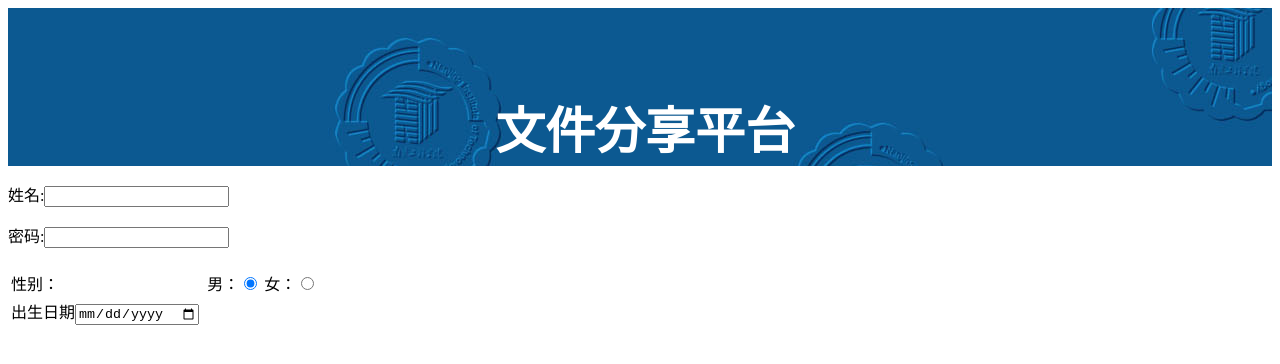
Repository: shunchensaber/Javaweb
Page: http://localhost/Web/Register.jsp
The author's editor kept a copy of each file at every save. The page is drawn from the files as they stood at one save, then again after the next save.
The browser window is 1280 px wide. The pictures show the whole page.
The page is served by Tomcat 9.

Above is the page before, as saved 2019-03-26 15:27:04.

### Web/WebContent/Register.jsp
<%@ page language="java" contentType="text/html; charset=UTF-8"
    pageEncoding="UTF-8"%>
<!DOCTYPE html>
<html>
<head>
<meta charset="ISO-8859-1">
<style type="text/css">
p.a
{
	font-size: 50px;
	color: white;
	font-family: fantasy;
}</style>
<title>注册信息</title>
</head>
<body>
<table style="background-image: url('image/header_bg.jpg');width: 100%">
<tr>
<th><!--  <img src="./image/logo.png" style="padding-left: 150px">--></th>
	<th >
	<p class="a" style="padding-top: 30px;padding-bottom: 0px;margin-bottom: 0px">
	<font face="华文云彩">文件分享平台</font>
	</th>
	</table>
	<table>
	<form action="">
	<tr>
	<p>姓名:<input type="text" name="userid" ></p>
	</tr>
	<tr>
	<p>密码:<input type="password" name="userpass"></p>
	</tr>
	<tr>
	<td>性别：<td>
	<td>男：<input type="radio" name="sex" value="male" checked="checked"></td>
	<td>女：<input type="radio" name="sex" value="female"></td>
	</tr>

	<tr>
	 <td> 出生日期<input type="date" name="birthdate"></td>
	</tr>


	</form>
	</table>

</body>
</html>

After the next save:
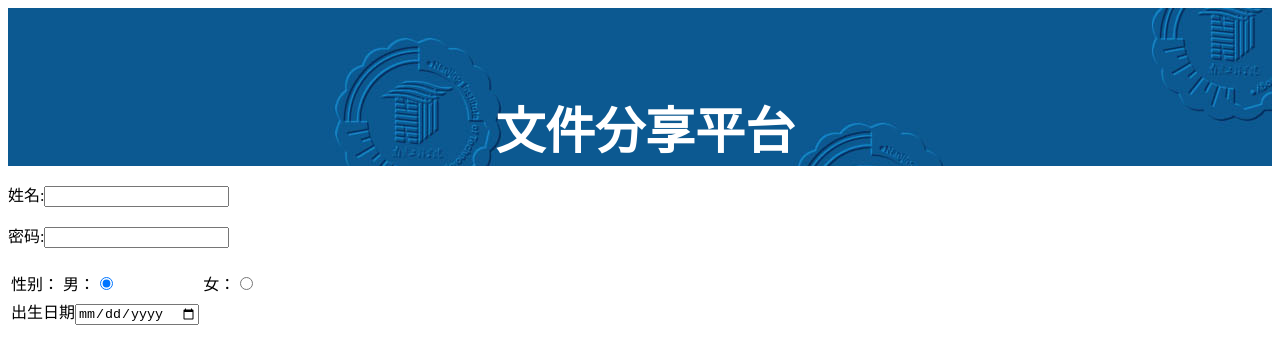
Saved 29 s later.
--- a/Web/WebContent/Register.jsp
+++ b/Web/WebContent/Register.jsp
@@ -31,8 +31,8 @@ p.a
 	<p>密码:<input type="password" name="userpass"></p>
 	</tr>
 	<tr>
-	<td>性别：<td>
-	<td>男：<input type="radio" name="sex" value="male" checked="checked"></td>
+	<td>性别：
+	男：<input type="radio" name="sex" value="male" checked="checked"></td>
 	<td>女：<input type="radio" name="sex" value="female"></td>
 	</tr>
 
